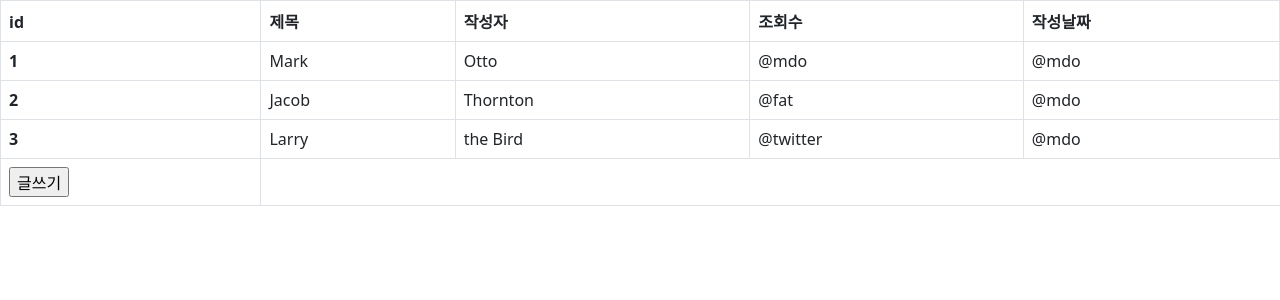
Repository: shbaksa/study
Page: http://localhost/mw_0615/boot/list.jsp
An editor plug-in stored every save of this project. The page is shown before and after the next save, followed by the edit.
The browser window is 1280 px wide. The pictures show the whole page.
The page is served by Tomcat 9.

Above is the page before, as saved 2022-06-15 00:21:07.

After the next save:
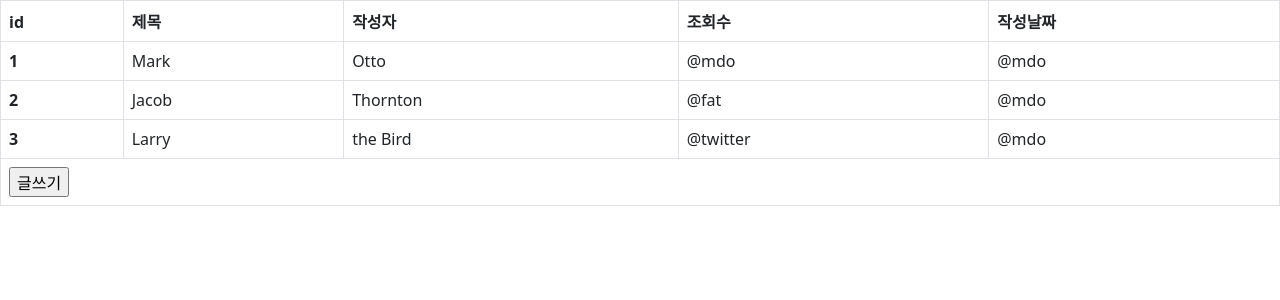
Saved 26 s later.
--- a/mw_0615/src/main/webapp/boot/list.jsp
+++ b/mw_0615/src/main/webapp/boot/list.jsp
@@ -42,7 +42,7 @@
     </tr>
   </tbody>
   <tfoot>
-  <th scope="row"><input type="submit" value="글쓰기"></th>
+  <td colspan="5"><input type="submit" value="글쓰기"></td>
   </tfoot>
 </table>
     <script src="https://cdn.jsdelivr.net/npm/bootstrap@5.2.0-beta1/dist/js/bootstrap.bundle.min.js" integrity="sha384-pprn3073KE6tl6bjs2QrFaJGz5/SUsLqktiwsUTF55Jfv3qYSDhgCecCxMW52nD2" crossorigin="anonymous"></script>
